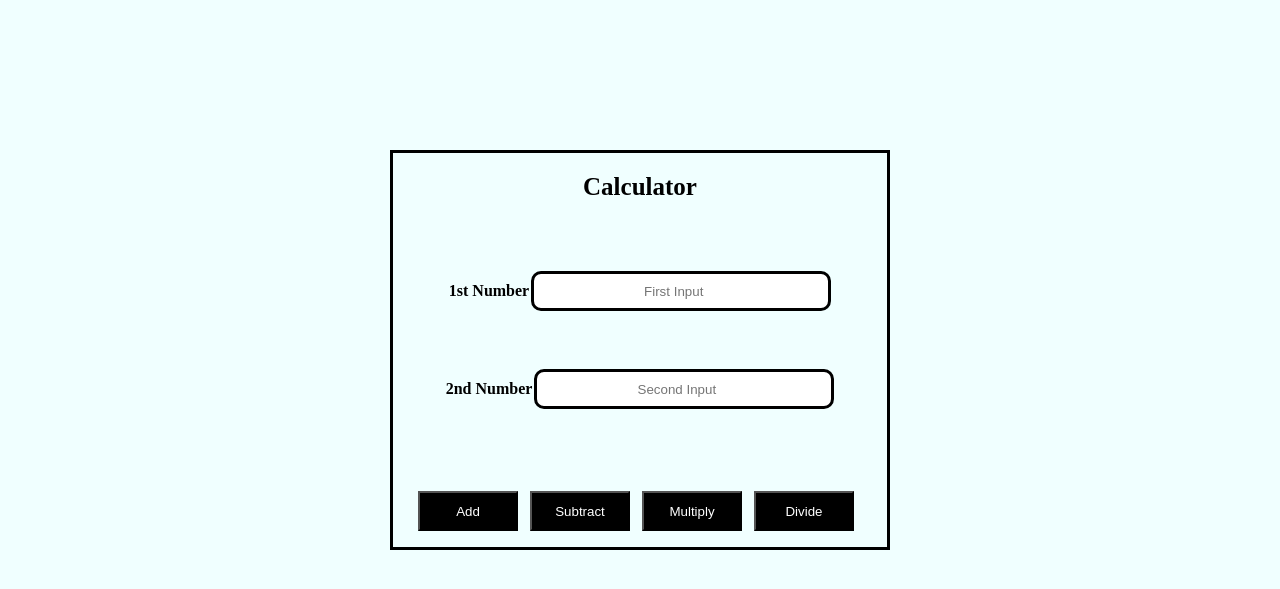
Repository: Shreyash1107/Intern_Projects
Page: Calculator/src/main/webapp/Calculator.html
These files come from the project's save history. The page is drawn as it stood at one moment and after the next save; the edit follows.
The browser window is 1280 px wide. The pictures show the whole page.

Above is the page before, as saved 2024-07-03 11:16:15.

After the next save:
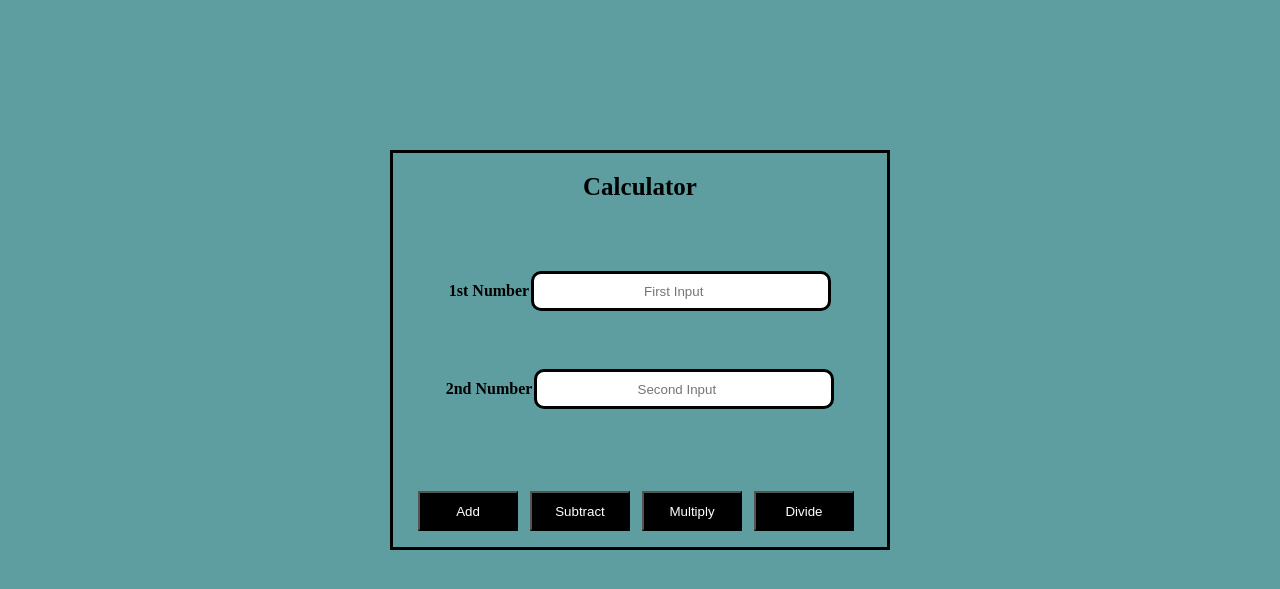
Saved 28 s later.
--- a/Calculator/src/main/webapp/style.css
+++ b/Calculator/src/main/webapp/style.css
@@ -7,7 +7,7 @@
 }
 body
 {
-	background-color:azure;
+	background-color:cadetblue;
 }
 .wrapper
 {
